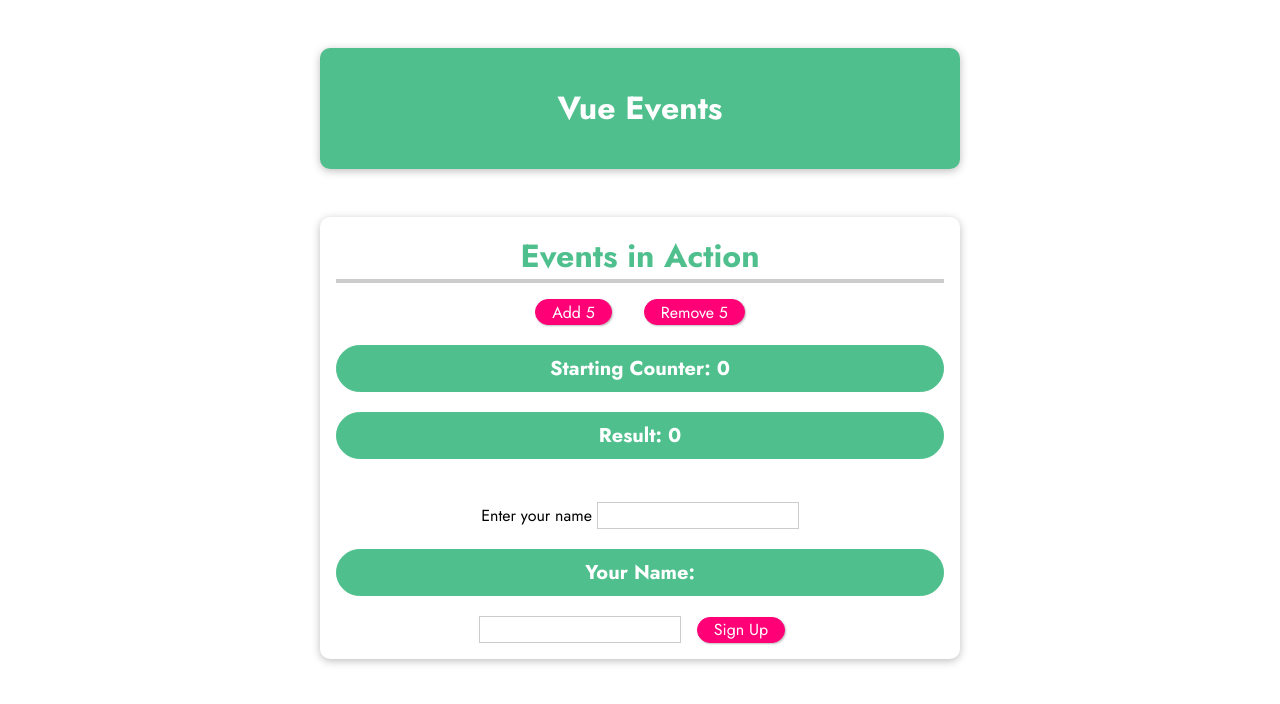
Repository: zmarkoni/Vue-The-Complete-Guide
Page: basics-03-events-starting-code/index.html
The author's editor kept a copy of each file at every save. The page is drawn from the files as they stood at one save, then again after the next save.
The browser window is 1280 px wide. The pictures show the whole page.

Above is the page before, as saved 2020-12-30 10:27:25.

After the next save:
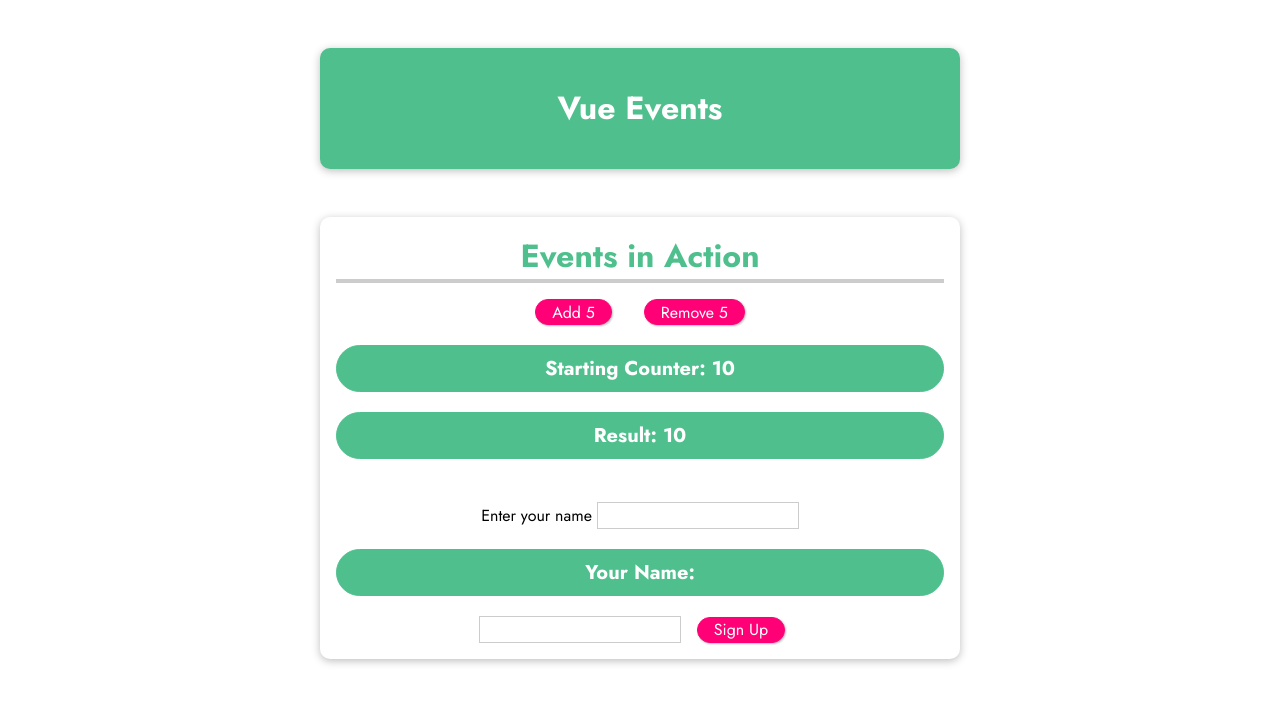
Saved 85 s later.
--- a/basics-03-events-starting-code/app.js
+++ b/basics-03-events-starting-code/app.js
@@ -1,7 +1,7 @@
 const app = Vue.createApp({
 	data() {
 		return {
-			counter: 0,
+			counter: 10,
 			name: '',
 			confirmedName: ''
 		};
